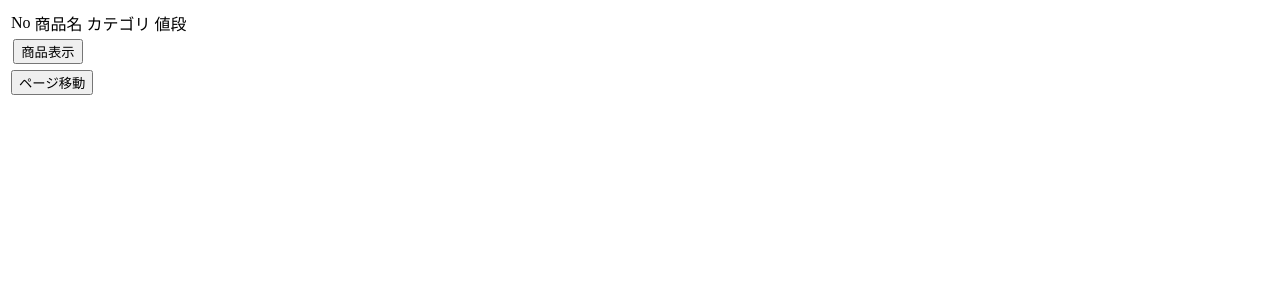
Repository: kousuke-2047/test
Page: http://localhost/Item/searchshow.jsp
An editor plug-in stored every save of this project. The page is shown before and after the next save, followed by the edit.
The browser window is 1280 px wide. The pictures show the whole page.
The page is served by Tomcat 9. Other server files are loaded and not shown.

Above is the page before, as saved 2018-06-20 02:34:00.

### Item/WebContent/searchshow.jsp
<%@ page language="java" contentType="text/html; charset=UTF-8"
    pageEncoding="UTF-8"%>
<%@ taglib prefix ="s" uri="/struts-tags" %>
<!DOCTYPE html PUBLIC "-//W3C//DTD HTML 4.01 Transitional//EN" "http://www.w3.org/TR/html4/loose.dtd">
<html>
<head>
	<meta http-equiv="Content-Type" content="text/html; charset=UTF-8">
	<meta http-equiv="Content-Style-Type" content="text/css"/>
	<meta http-equiv="Content-Script-Type" content= "text/javascript" />
	<meta http-equiv="imagetoolbar" content= "no" />
	<meta name = "description" content="" />
	<meta name="keywords" content="" />
<title>検索結果画面</title>
</head>
<body>

	<s:form action="ItemshowAction">
	<table>
		<tr>
			<td>No</td>
			<td>商品名</td>
			<td>カテゴリ</td>
			<td>値段</td>
		</tr>
		<s:iterator value="itemList">
		<tr>
			<td><input type="radio" name="itemid" value="<s:property value='id'/>"/>
			<s:property value="id"/></td>
			<td><s:property value="itemName"/></td>
			<td><s:property value="category"/></td>
			<td><s:property value="itemPrice"/></td>
		</tr>
		</s:iterator>
		<s:submit value="商品表示"/>
	</table>
	</s:form>


	<s:form action ="CSearchAction">
	<s:iterator value="countList">
		<input type = "radio" name="number" value="<s:property value='page'/>"/>
		<s:property value="page"/>
	</s:iterator>
	<input type="hidden" name="category" value="<s:property value='session.category'/>">
	<s:submit value="ページ移動"/>
	</s:form>

	<s:iterator value="countList" status="pageNo">
		<s:if test="number==#pageNo.count">
			<s:property value="page"/>:
		</s:if>
		<s:else>
			<a href = '<s:url action="CSearchAction">
				<s:param name="number" value="%{page}"/>
				<s:param name="category" value="#session.category"/>
			</s:url>'>
				<s:property value="page"/>
			</a>
			:
		</s:else>
	</s:iterator>

</body>
</html>

After the next save:
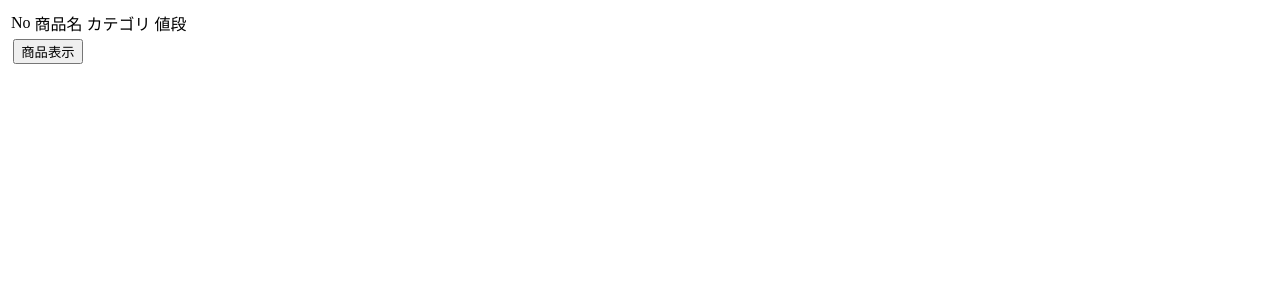
Saved 46 s later.
--- a/Item/WebContent/searchshow.jsp
+++ b/Item/WebContent/searchshow.jsp
@@ -36,14 +36,7 @@
 	</s:form>
 
 
-	<s:form action ="CSearchAction">
-	<s:iterator value="countList">
-		<input type = "radio" name="number" value="<s:property value='page'/>"/>
-		<s:property value="page"/>
-	</s:iterator>
-	<input type="hidden" name="category" value="<s:property value='session.category'/>">
-	<s:submit value="ページ移動"/>
-	</s:form>
+
 
 	<s:iterator value="countList" status="pageNo">
 		<s:if test="number==#pageNo.count">
